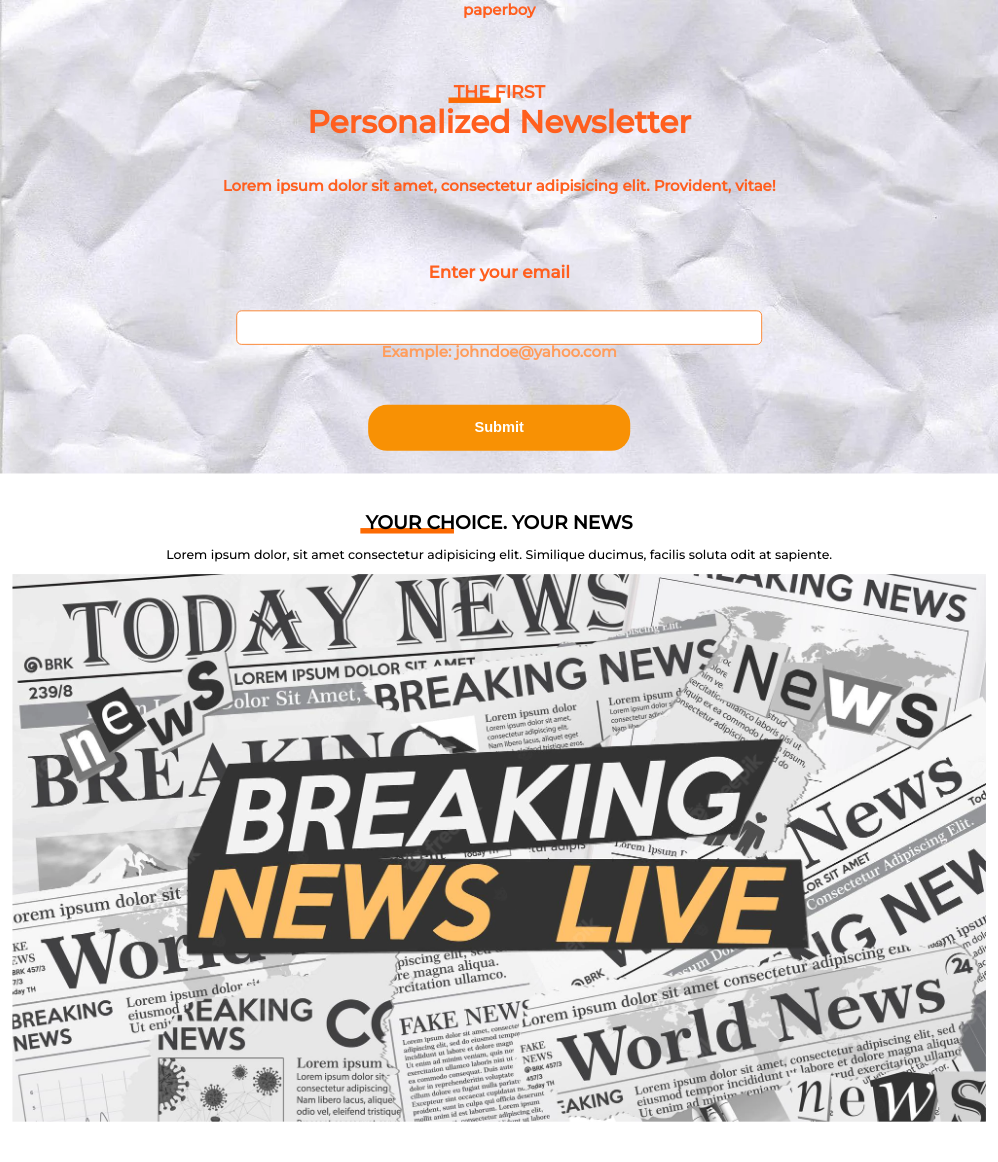
Repository: Gionnn/proiecte
Page: index.html
The author's editor kept a copy of each file at every save. The page is drawn from the files as they stood at one save, then again after the next save.
The browser window is 1280 px wide. The pictures show the whole page, at 78% of full size.

Above is the page before, as saved 2022-11-28 12:15:06.

After the next save:
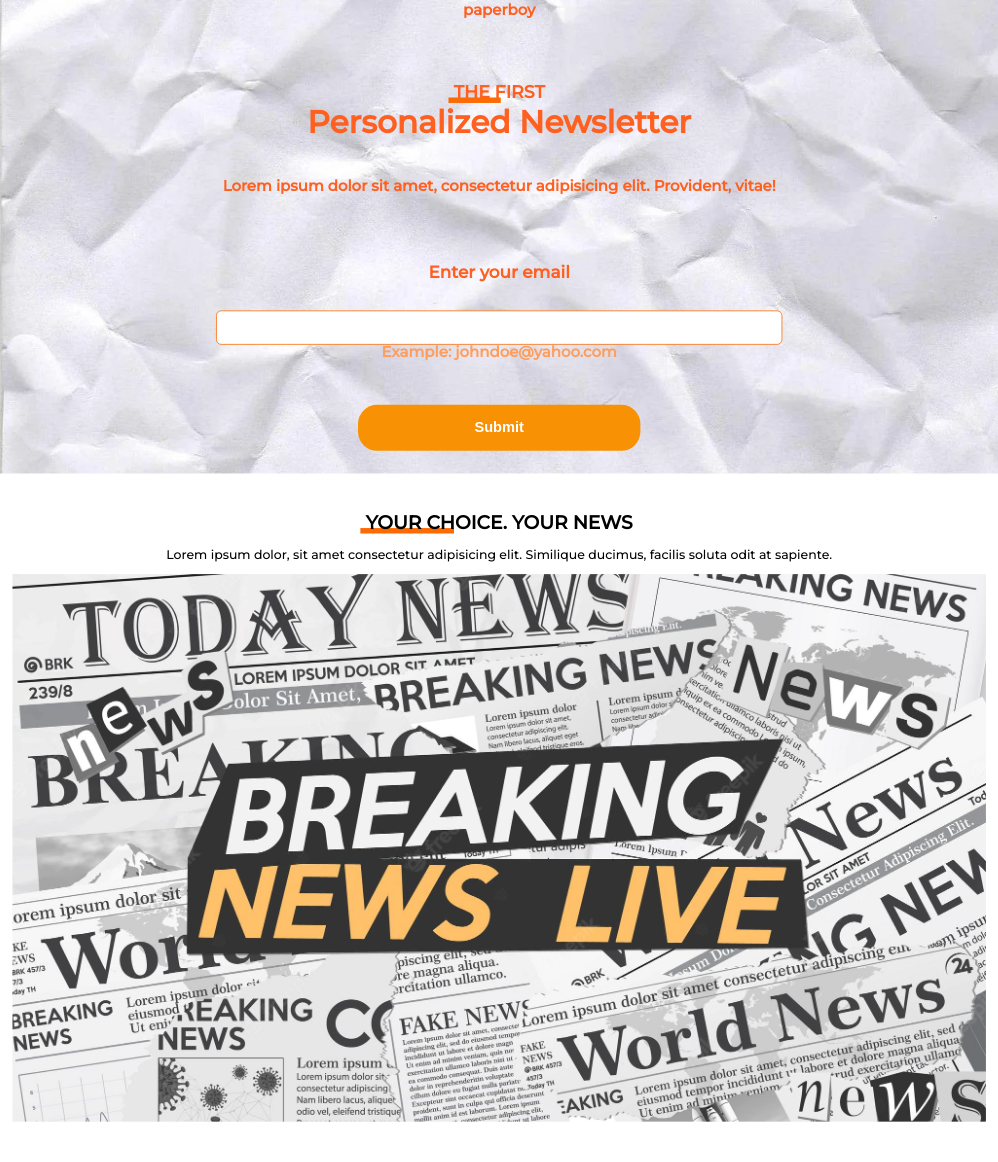
Saved 3 min 9 s later.
--- a/css/main.css
+++ b/css/main.css
@@ -128,4 +128,7 @@ p {
   section {
     margin: 0 4em;
   }
+  .form-container {
+    margin: 2em -4em 0;
+  }
 }
